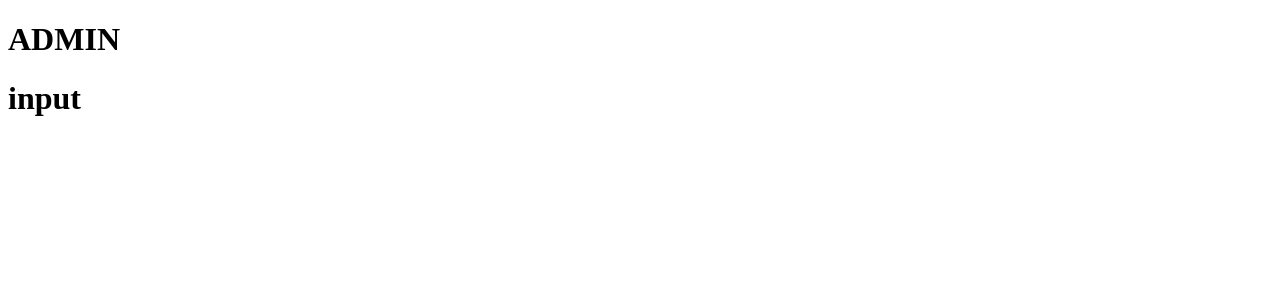
Repository: tanimtanzilislam/ecommerce_project_laravel
Page: http://localhost/admin/dashboard
The author's editor kept a copy of each file at every save. The page is drawn from the files as they stood at one save, then again after the next save.
The browser window is 1280 px wide. The pictures show the whole page.
The page is served by the project's Laravel application, run on PHP 8.4 with Laravel 12. A made-up administrator, Test User (test@example.com), is signed in. Other server files are loaded and not shown.

Above is the page before, as saved 2025-06-13 18:35:21.

### routes/web.php
<?php

use App\Http\Controllers\ProfileController;
use Illuminate\Support\Facades\Route;
use App\Http\Controllers\HomeController;
Route::get('/', function () {
    return view('welcome');
});

Route::get('/dashboard', function () {
    return view('dashboard');
})->middleware(['auth', 'verified'])->name('dashboard');

Route::middleware('auth')->group(function () {
    Route::get('/profile', [ProfileController::class, 'edit'])->name('profile.edit');
    Route::patch('/profile', [ProfileController::class, 'update'])->name('profile.update');
    Route::delete('/profile', [ProfileController::class, 'destroy'])->name('profile.destroy');
});

require __DIR__.'/auth.php';

route::get('admin/dashboard',[HomeController::class,'index']);

### app/Models/User.php
<?php

namespace App\Models;

// use Illuminate\Contracts\Auth\MustVerifyEmail;
use Illuminate\Database\Eloquent\Factories\HasFactory;
use Illuminate\Foundation\Auth\User as Authenticatable;
use Illuminate\Notifications\Notifiable;

class User extends Authenticatable
{
    /** @use HasFactory<\Database\Factories\UserFactory> */
    use HasFactory, Notifiable;

    /**
     * The attributes that are mass assignable.
     *
     * @var list<string>
     */
    protected $fillable = [
        'name',
        'email',
        'phone',
        'address',
        'password',
    ];

    /**
     * The attributes that should be hidden for serialization.
     *
     * @var list<string>
     */
    protected $hidden = [
        'password',
        'remember_token',
    ];

    /**
     * Get the attributes that should be cast.
     *
     * @return array<string, string>
     */
    protected function casts(): array
    {
        return [
            'email_verified_at' => 'datetime',
            'password' => 'hashed',
        ];
    }
}

### app/Http/Controllers/HomeController.php
<?php

namespace App\Http\Controllers;

use Illuminate\Http\Request;


class HomeController extends Controller
{
    public function index(){
        return view('admin.index');
    }

}

### resources/views/admin/index.blade.php
<!DOCTYPE html>
<html lang="en">
<head>
    <meta charset="UTF-8">
    <meta name="viewport" content="width=device-width, initial-scale=1.0">
    <title>Document</title>
</head>
<body>
    <h1>ADMIN <h1>


    <form method="POST" action="{{ route('logout') }}">
                    @csrf

                   input
                </form>
</body>
</html>

Loaded but not shown: routes/auth.php (common file); app/Http/Controllers/Auth/EmailVerificationPromptController.php (common file); app/Http/Controllers/Controller.php (common file); app/Http/Controllers/Auth/VerifyEmailController.php (common file)

After the next save:
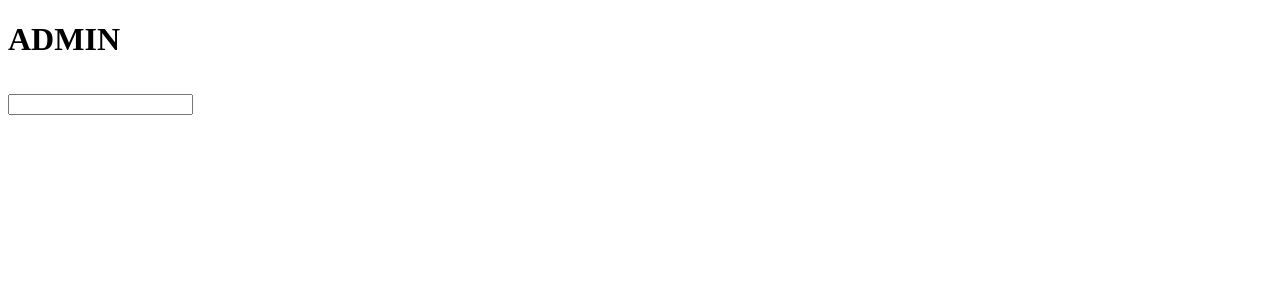
Saved 7 s later.
--- a/resources/views/admin/index.blade.php
+++ b/resources/views/admin/index.blade.php
@@ -12,7 +12,7 @@
     <form method="POST" action="{{ route('logout') }}">
                     @csrf
 
-                   input
+                   <input type
                 </form>
 </body>
 </html>
